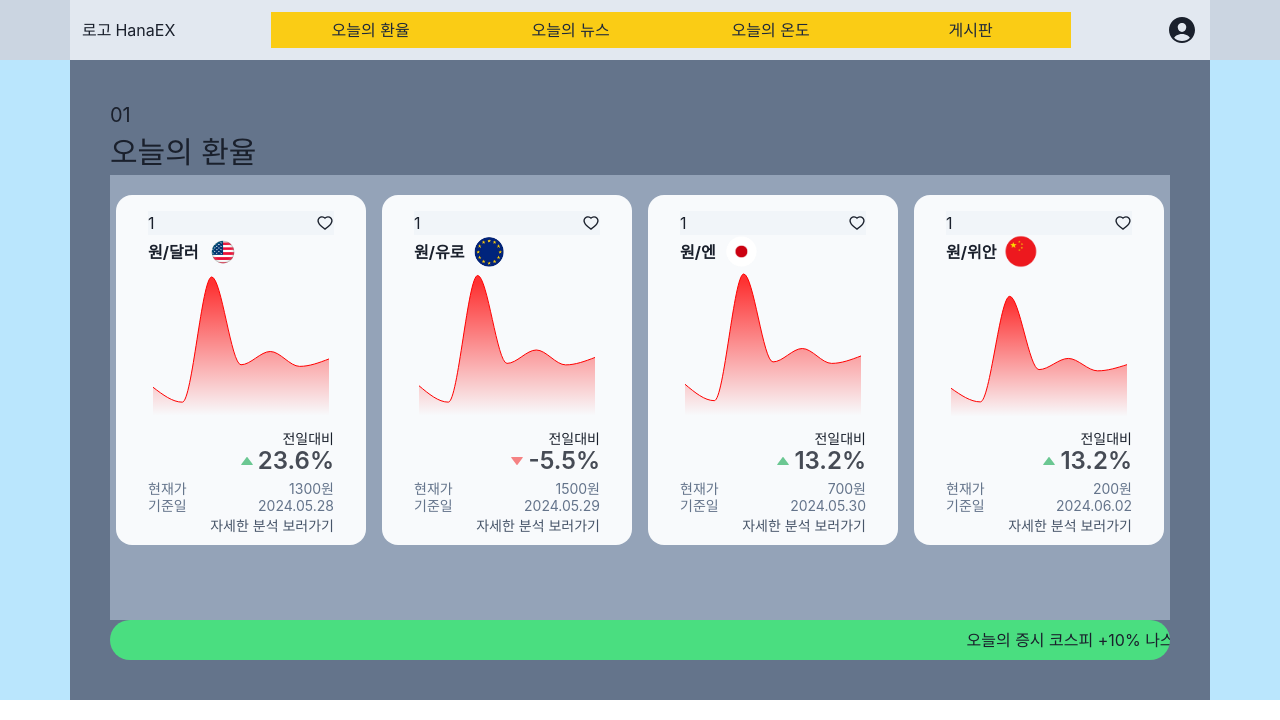
Repository: HANAEX/FRONT
Page: /
The author's editor kept a copy of each file at every save. The page is drawn from the files as they stood at one save, then again after the next save.
The browser window is 1280 px wide. The pictures show the whole page.
The project was rebuilt for these pictures with package versions that can differ from the ones it lists, and the page was loaded fresh each time. Also part of the build but not shown: src/pages/LoginPage.js, src/pages/MyPage.js, src/components/Toggle.js, src/components/SementicCard.js, src/pages/SemanticPage.js, src/components/NewsCard.js, src/pages/NewsPage.js, src/components/CloudChart.js and 6 more.

Above is the page before, as saved 2024-08-13 19:46:15.

After the next save:
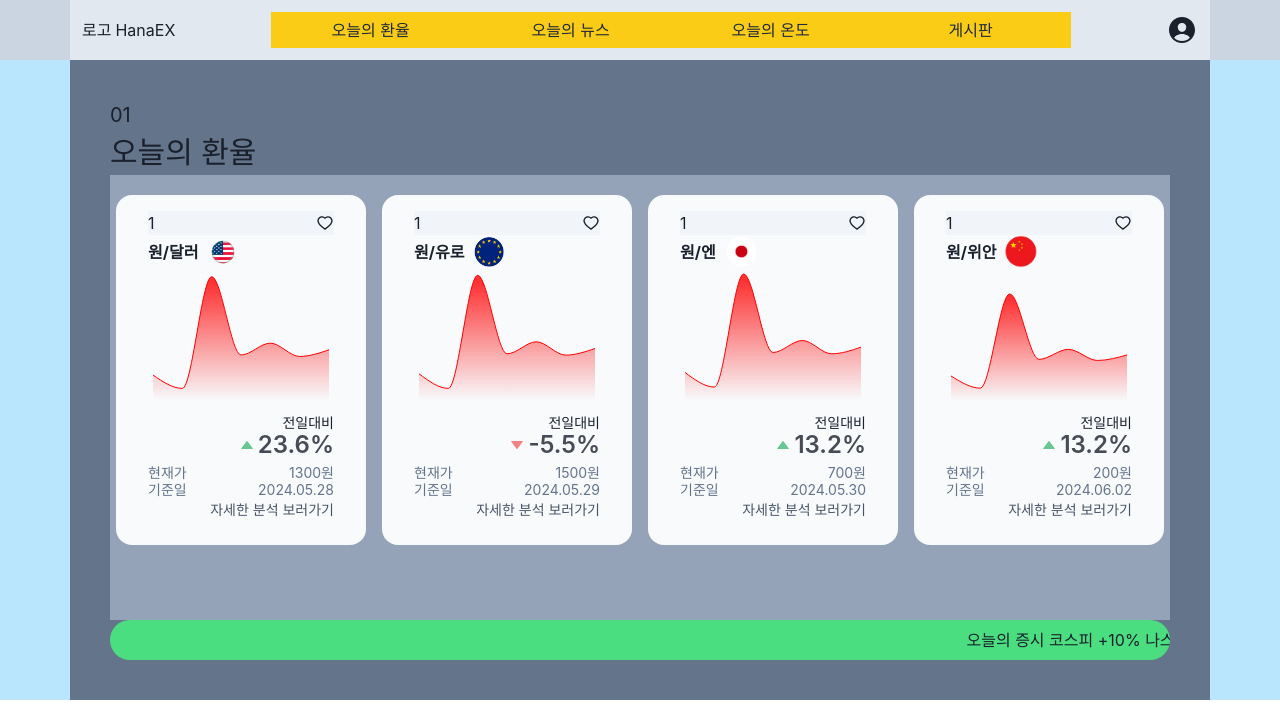
Saved 6 s later.
--- a/src/components/ChartCard.js
+++ b/src/components/ChartCard.js
@@ -42,7 +42,7 @@ const ChartCard = ({ name, increase, imageUrl, currentPrice, date, chartData })
       </HStack>
 
       {/* card 차트 */}
-      <ResponsiveContainer width="100%" height="50%">
+      <ResponsiveContainer width="100%" height="45%">
         <AreaChart width={300} height={100} data={chartData}>
           <defs>
             <linearGradient id="colorPv" x1="0" y1="0" x2="0" y2="1">
